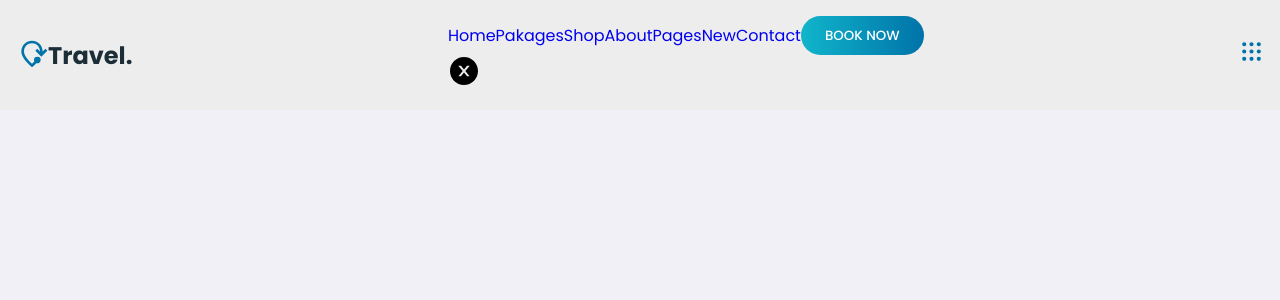
Repository: tungts3qb/TravelWebsite
Page: /
An editor plug-in stored every save of this project. The page is shown before and after the next save, followed by the edit.
The browser window is 1280 px wide. The pictures show the whole page.
The project was rebuilt for these pictures with package versions that can differ from the ones it lists, and the page was loaded fresh each time. Also part of the build but not shown: src/Components/Home/home.css, src/Components/Home/Home.jsx, src/Components/Main/main.css, src/Components/Main/Main.jsx, src/Components/Footer/footer.css, src/Components/Footer/Footer.jsx.

Above is the page before, as saved 2023-03-21 15:41:28.

After the next save:
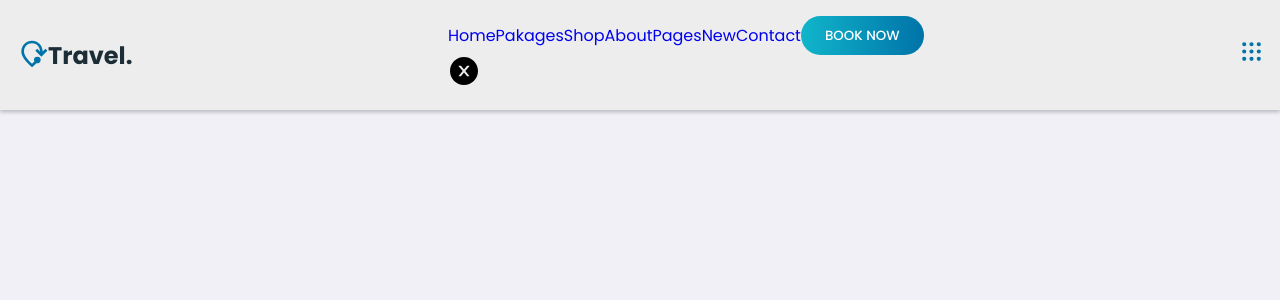
Saved 67 s later.
--- a/src/Components/Navbar/navbar.css
+++ b/src/Components/Navbar/navbar.css
@@ -25,6 +25,7 @@
   width: 100%;
   padding: 1rem;
   z-index: 1000;
+  box-shadow: 0 2px 4px rgba(2, 15, 29, 0.242);
 }
 .header .logo {
   color: var(--blackColor);
@@ -95,4 +96,4 @@
 }
 .header .toggleNavbar:hover.icon {
   color: var(--SecondaryColor);
-}/*# sourceMappingURL=navbar_20230321154128.css.map */
+}/*# sourceMappingURL=navbar_20230321154235.css.map */
